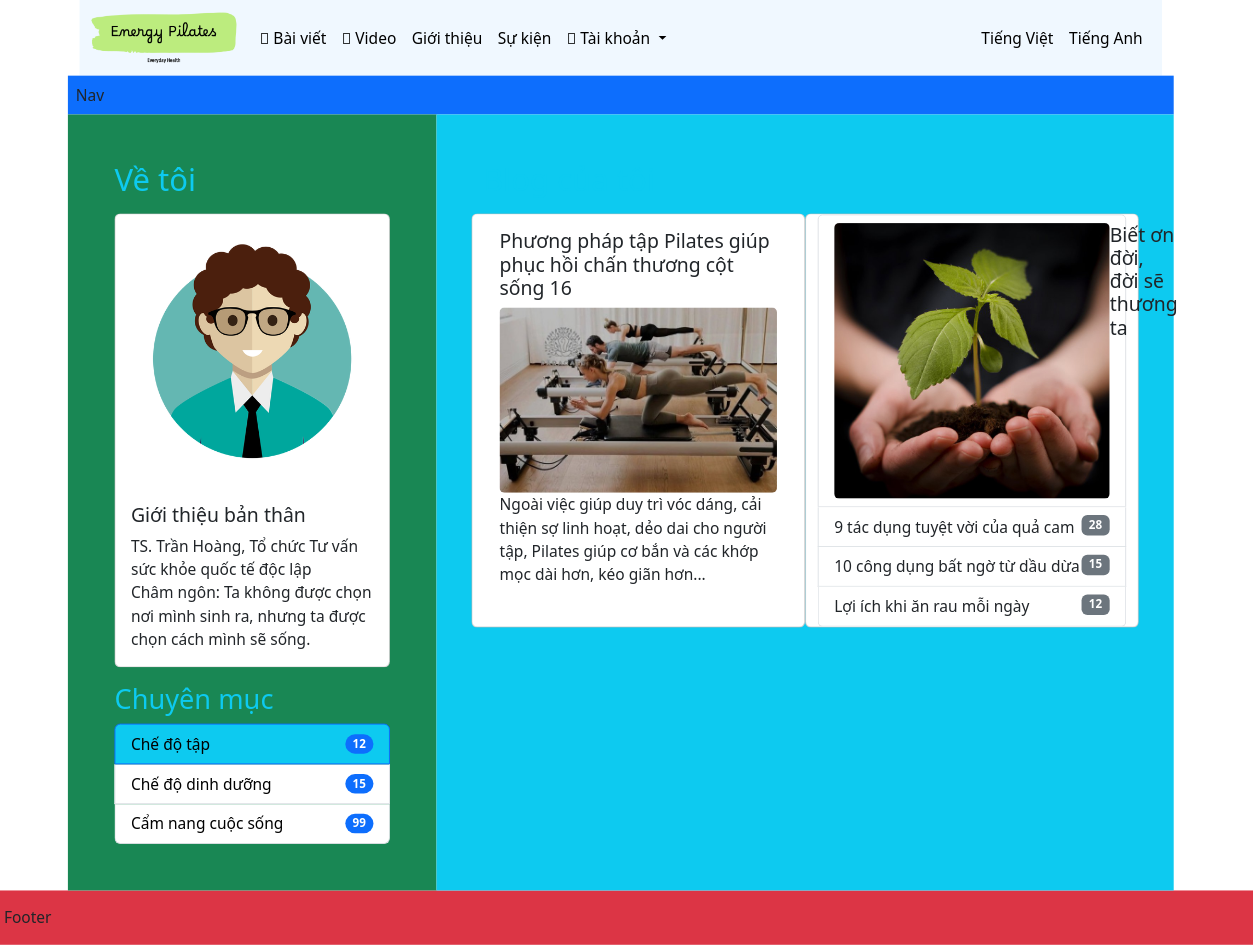
Repository: KizukoHeiwa/SOF308
Page: Lab1/index.html
The author's editor kept a copy of each file at every save. The page is drawn from the files as they stood at one save, then again after a run of saves.
The browser window is 1280 px wide. The page is 1292 px wide, so the pictures cover 1292 px, including what lies to the right of the window. The pictures show the whole page, at 97% of full size.

Above is the page before, as saved 2024-10-31 10:34:36.

After the next 2 saves:
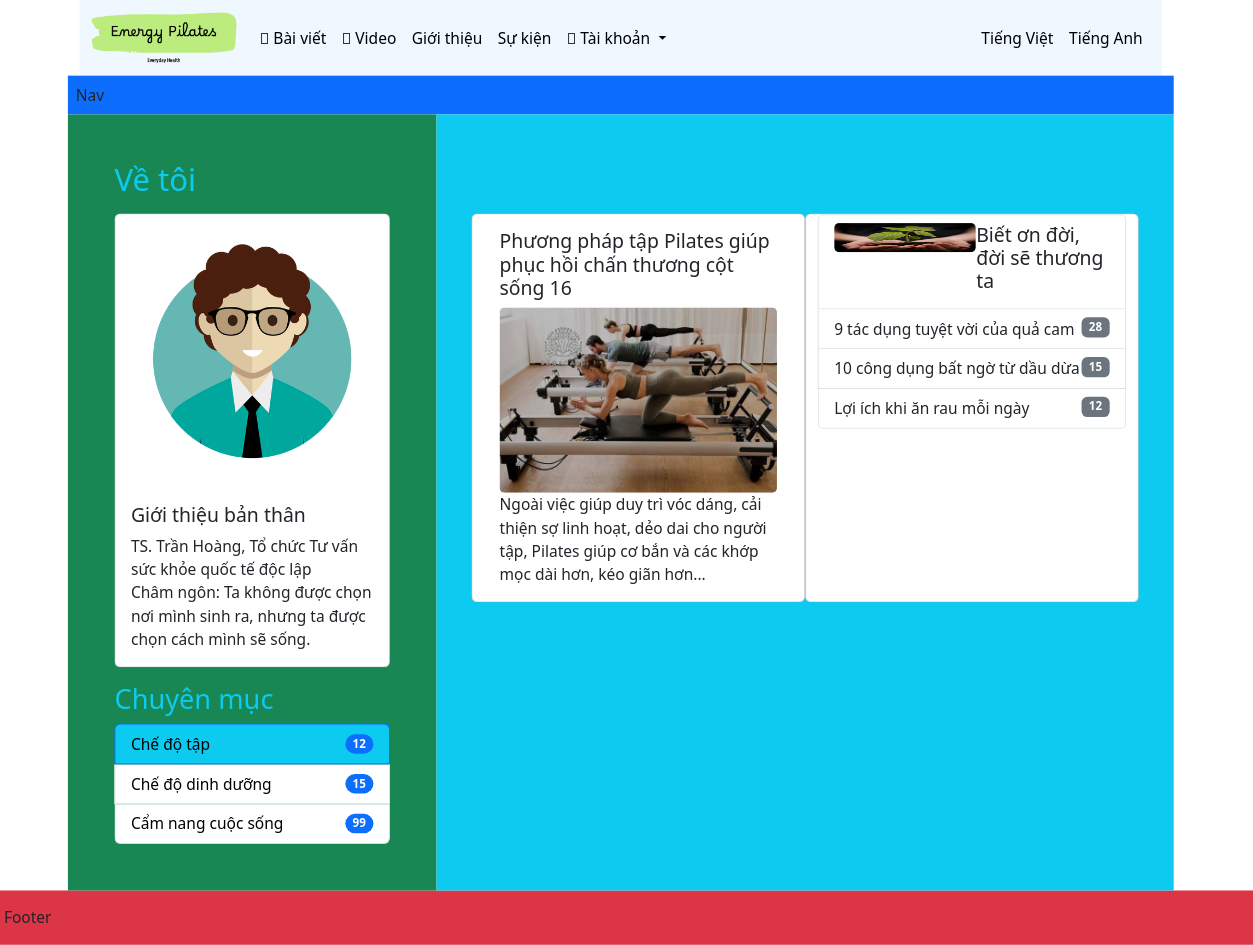
The 2 saves are shown as one change because they came seconds apart.
The last was saved 7 s later.
--- a/Lab1/index.html
+++ b/Lab1/index.html
@@ -115,7 +115,7 @@
                         <div class="card col-sm-6">
                             <ul class="list-group">
                                 <li class="list-group-item d-flex justify-content-between align-items-start">
-                                    <img src="img/corevalue.jpg" alt="" class="card-img" width="30px">
+                                    <img src="img/corevalue.jpg" alt="" class="card-img" height="30px">
                                     <h5>Biết ơn đời, đời sẽ thương ta</h5>
                                 </li>
                                 <li class="list-group-item d-flex justify-content-between align-items-start">

After the 2 saves that followed:
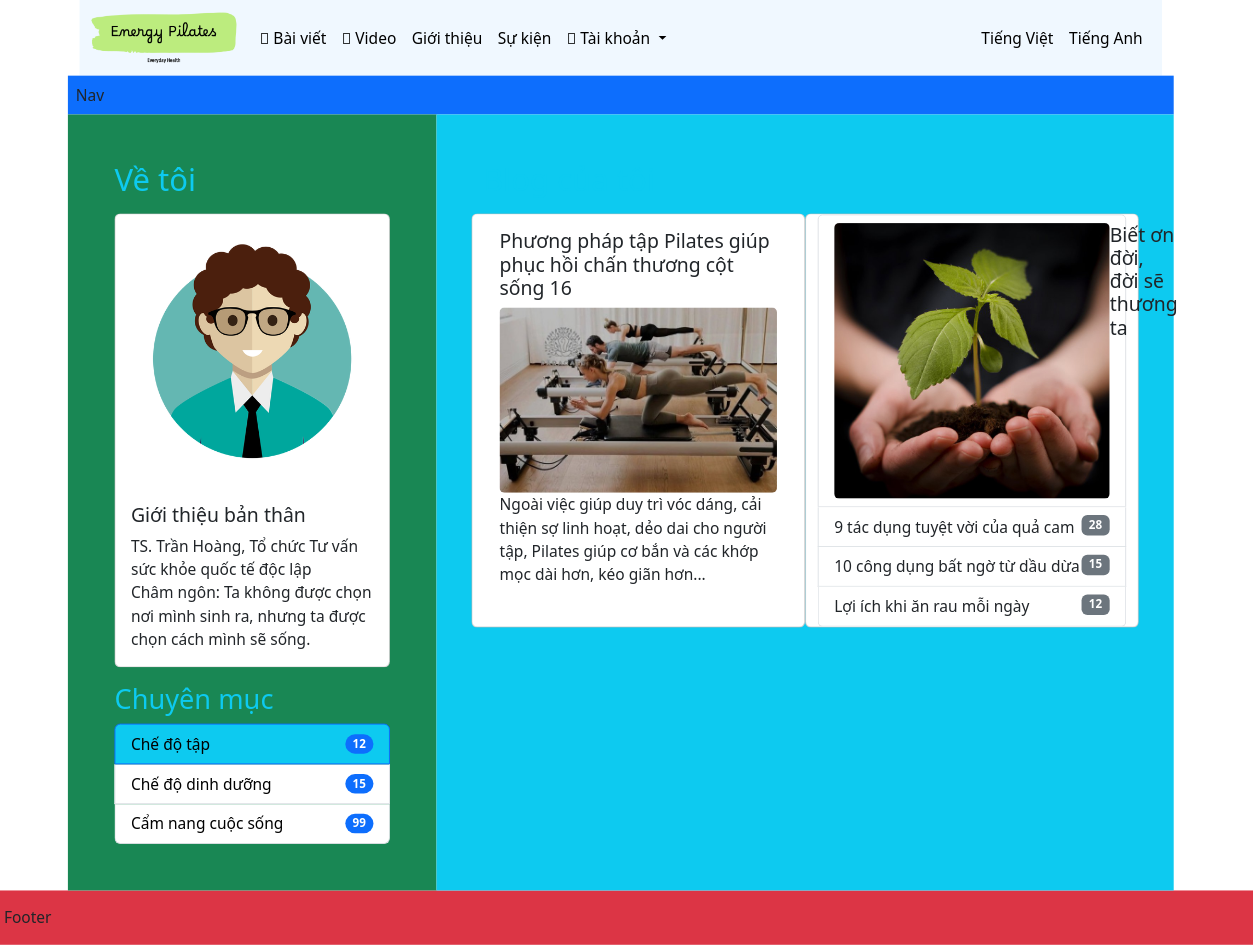
The 2 saves are shown as one change because they came seconds apart.
The last was saved 6 s later.
--- a/Lab1/index.html
+++ b/Lab1/index.html
@@ -115,7 +115,7 @@
                         <div class="card col-sm-6">
                             <ul class="list-group">
                                 <li class="list-group-item d-flex justify-content-between align-items-start">
-                                    <img src="img/corevalue.jpg" alt="" class="card-img" height="30px">
+                                    <img src="img/corevalue.jpg" alt="" class="card-img" width="30%">
                                     <h5>Biết ơn đời, đời sẽ thương ta</h5>
                                 </li>
                                 <li class="list-group-item d-flex justify-content-between align-items-start">
